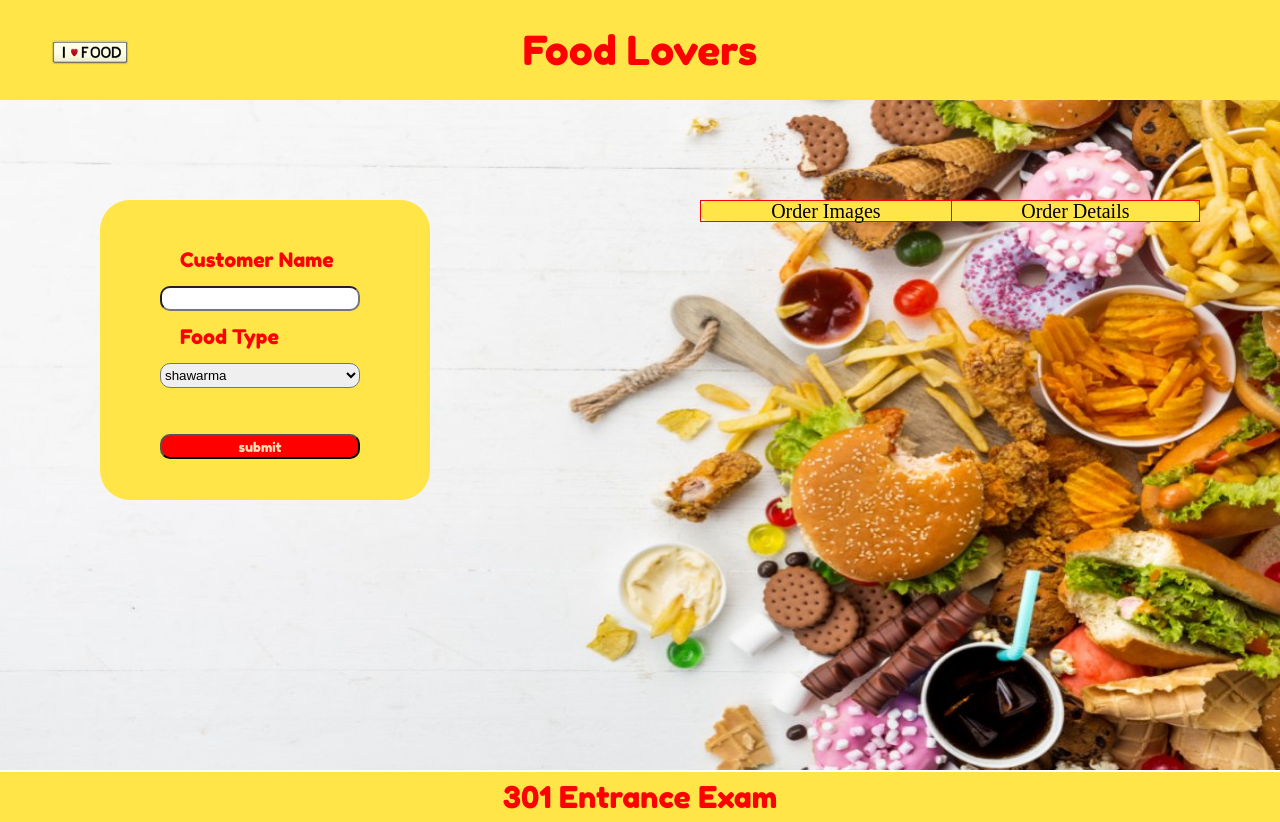
Repository: Razan-am/foodLovers
Page: index.html
These files come from the project's save history. The page is drawn as it stood at one moment and after the next save; the edit follows.
The browser window is 1280 px wide. The pictures show the whole page.

Above is the page before, as saved 2021-06-01 11:28:46.

After the next save:
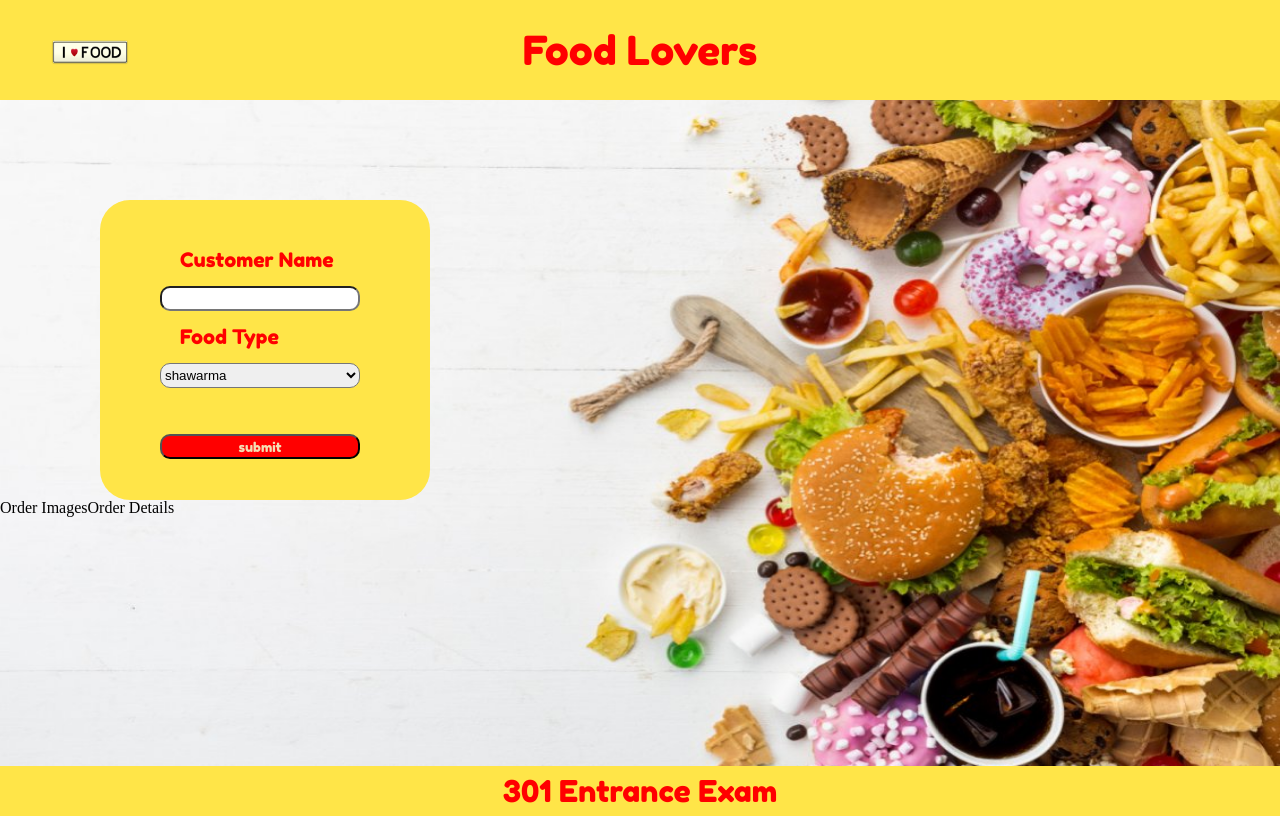
Saved 50 s later.
--- a/css/style.css
+++ b/css/style.css
@@ -67,7 +67,7 @@
     color: wheat;
     font-family: 'Fredoka One', cursive;
 }
-table{
+/* table{
     background-color: rgba(255, 229, 72, 255) ;
     top: -300px;
     position: relative;
@@ -101,7 +101,7 @@
     font-family: 'Fredoka One', cursive;
     margin-top: 30px;
     margin-left: 20px;
-}
+} */
 footer{
     background-color: rgba(255, 229, 72, 255);
     margin-top: 250px;

After the 5 saves that followed:
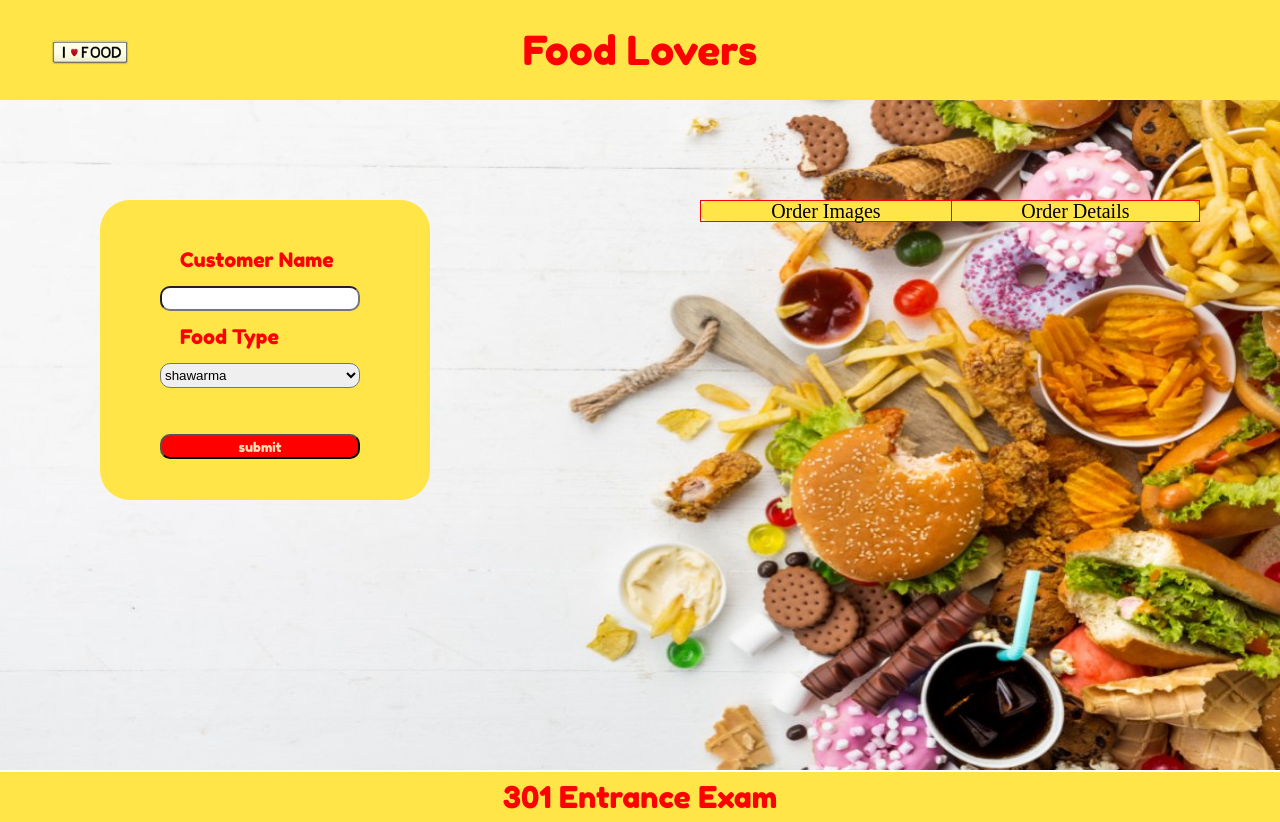
The 5 saves are shown as one change because 4 left the picture as it was.
The last was saved 2 min 34 s later.
--- a/css/style.css
+++ b/css/style.css
@@ -67,7 +67,7 @@
     color: wheat;
     font-family: 'Fredoka One', cursive;
 }
-/* table{
+table{
     background-color: rgba(255, 229, 72, 255) ;
     top: -300px;
     position: relative;
@@ -90,10 +90,10 @@
     padding-bottom: 80px;
 }
 table img{
-    width: 90px;
-    height: 90px;
+    width: 50px;
+    height: 50px;
     z-index: 1;
-    margin-left: 30px;
+    /* margin-left: 30px; */
 
 }
 table p{
@@ -101,7 +101,7 @@
     font-family: 'Fredoka One', cursive;
     margin-top: 30px;
     margin-left: 20px;
-} */
+}
 footer{
     background-color: rgba(255, 229, 72, 255);
     margin-top: 250px;
